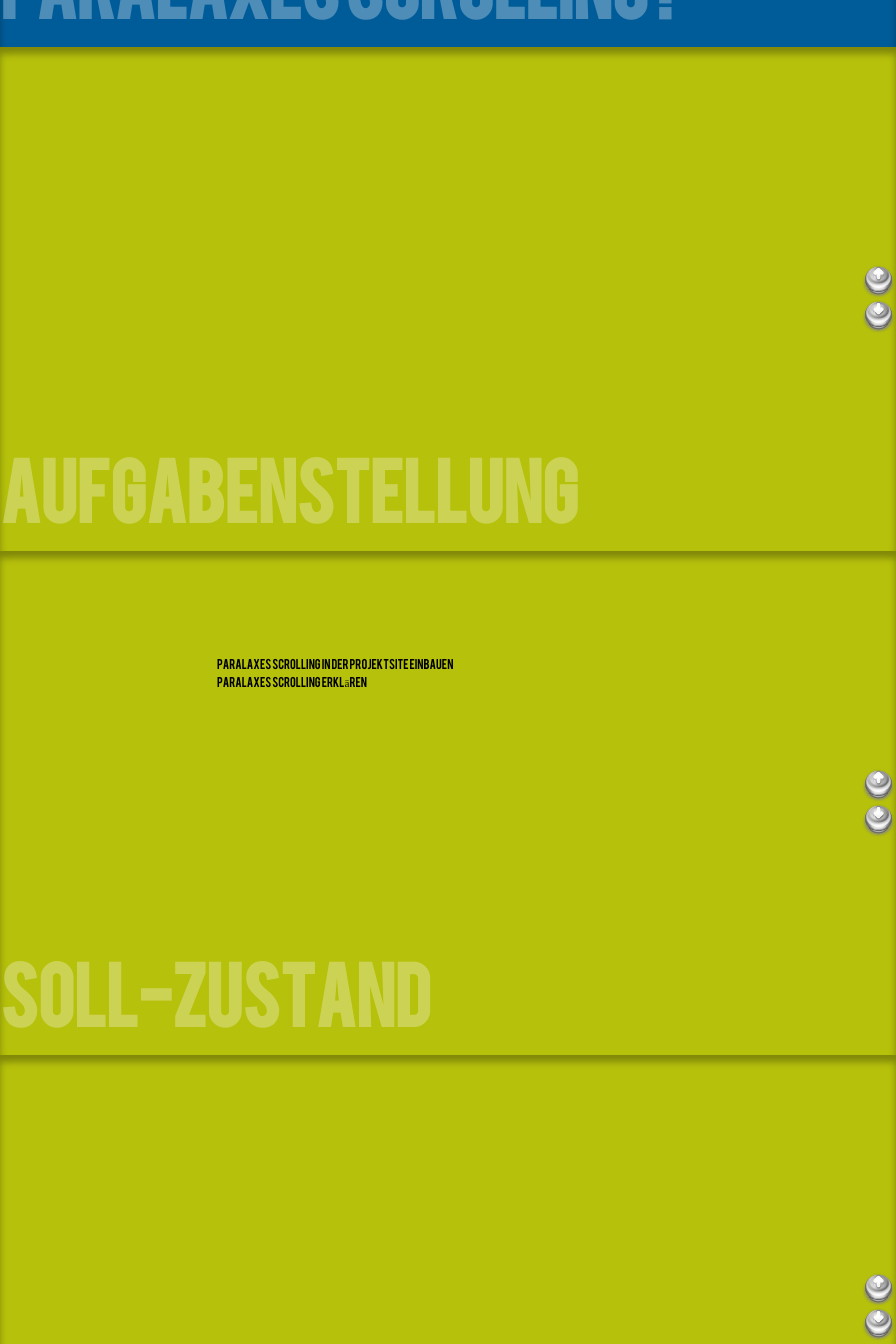
Repository: ennswi/websiteproject
Page: index.html
The author's editor kept a record of every edit. The page is drawn from the files as they stood at one moment, then again after the next edit.
The browser window is 1280 px wide. The pictures show the part of the page from y = 1373 to 3293 px (the page is 5040 px tall), at 70% of full size.

Above is the page before.

### index.html
<!DOCTYPE HTML>
<html>
<head>
<meta charset="utf-8">
<title>Create a Parralax Website using Stellar.js</title>

<link rel="stylesheet" type="text/css" href="css/reset-min.css">
<link rel="stylesheet" type="text/css" href="css/style.css">

</head>

<body>
	<!--http://webdesign.tutsplus.com/tutorials/create-a-parallax-scrolling-website-using-stellarjs--webdesign-7307-->
	<ul class="navigation">
		<li data-slide="1">Welcome</li>
		<li data-slide="2">Paralaxes scrolling?</li>
		<li data-slide="3">Aufgabenstellung</li>
		<li data-slide="4">Soll-Zustand</li>
		<li data-slide="5">Ergebnis</li>
		<li data-slide="6">Fazit</li>
		<li data-slide="7">Impressum</li>
	</ul>


	<img class="logo" src="images/parallax_scrolling_lrg.jpg">


	<div class="slide" id="slide1" data-slide="1" data-stellar-background-ratio="0.5">

		<div class="buttonList">
			<a class="buttondown button" data-slide="2" title="Go to page 2"></a>
			<a class="buttontop button" data-slide="7" title="Go to Last Page"></a>
		</div>
		<span class="slideno">Welcome</span>
	</div><!--End Slide 1-->

	<div class="slide" id="slide2" data-slide="2" data-stellar-background-ratio="0.5">
		<div class="wrapper">

			<img src="images/slide2/blur-ball.png" data-stellar-ratio="3" data-stellar-vertical-offset="-55"alt="">
			<img src="images/slide2/blur-ball-big.png" data-stellar-ratio="1" data-stellar-vertical-offset="-102"alt="">
			<img src="images/slide2/focus-ball.png" data-stellar-ratio="1.5" data-stellar-vertical-offset="-53"alt="">
			<img src="images/slide2/small-ball.png" data-stellar-ratio="2.7" data-stellar-vertical-offset="-25"alt="">
			<img src="images/slide2/blur-ball.png" data-stellar-ratio="3" data-stellar-vertical-offset="-55"alt="">
			<img src="images/slide2/blur-ball-big.png" data-stellar-ratio="1" data-stellar-vertical-offset="-102"alt="">
			<img src="images/slide2/focus-ball.png" data-stellar-ratio="1.5" data-stellar-vertical-offset="-53"alt="">
			<img src="images/slide2/small-ball.png" data-stellar-ratio="2.7" data-stellar-vertical-offset="-25"alt="">

		</div>

		<span class="slideno">Paralaxes scrolling?</span>
				<div class="buttonList">
			<a class="buttondown button" data-slide="3" title="Go to page 2"></a>
			<a class="buttontop button" data-slide="1" title=""></a>
		</div>

	</div><!--End Slide 2-->


	<div class="slide" id="slide3" data-slide="3" data-stellar-background-ratio="0.5">
		<div class="wrapper">

			<img src="images/slide3/freelance.png" data-stellar-ratio="1.4" data-stellar-vertical-offset="-102"alt="">
			<img src="images/slide3/psdtuts.png" data-stellar-ratio="1.5" data-stellar-vertical-offset="-53"alt="">
			<img src="images/slide3/rockable.png" data-stellar-ratio="2.7" data-stellar-vertical-offset="-200"alt="">
			<img src="images/slide3/themeforest.png" data-stellar-ratio="3" data-stellar-vertical-offset="-200"alt="">
			<img src="images/slide3/tutshub.png" data-stellar-ratio="1" data-stellar-vertical-offset="-200"alt="">
			<img src="images/slide3/psdtuts.png" data-stellar-ratio="1.5" data-stellar-vertical-offset="-200"alt="">
		</div>

		<span class="slideno">Aufgabenstellung</span>
			<div class="buttonList">
			<a class="buttondown button" data-slide="4" title="Go to page 2"></a>
			<a class="buttontop button" data-slide="2" title=""></a>
		</div>
	</div><!--End Slide 3-->


	<div class="slide" id="slide4" data-slide="4" data-stellar-background-ratio="0.5">
		<div class="wrapper">

			<img src="images/slide3/freelance.png" data-stellar-ratio="1.4" data-stellar-vertical-offset="-102"alt="">
			<img src="images/slide3/psdtuts.png" data-stellar-ratio="1.5" data-stellar-vertical-offset="-53"alt="">
			<img src="images/slide3/rockable.png" data-stellar-ratio="2.7" data-stellar-vertical-offset="-200"alt="">
			<img src="images/slide3/themeforest.png" data-stellar-ratio="3" data-stellar-vertical-offset="-200"alt="">
			<img src="images/slide3/tutshub.png" data-stellar-ratio="1" data-stellar-vertical-offset="-200"alt="">
			<img src="images/slide3/psdtuts.png" data-stellar-ratio="1.5" data-stellar-vertical-offset="-200"alt="">

			<div class="info">
				<ul>
					<li>Paralaxes scrolling in der Projektsite einbauen</li>
					<li>Paralaxes scrolling erklären</li>
					<li></li>
				</ul>
			</div>
		</div>

		<span class="slideno">Soll-Zustand</span>
			<div class="buttonList">
			<a class="buttondown button" data-slide="5" title="Go to page 2"></a>
			<a class="buttontop button" data-slide="3" title=""></a>
		</div>
	</div><!--End Slide 4-->

	<div class="slide" id="slide5" data-slide="5" data-stellar-background-ratio="0.5">
		<div class="wrapper">

			<img src="images/slide3/freelance.png" data-stellar-ratio="1.4" data-stellar-vertical-offset="-102"alt="">
			<img src="images/slide3/psdtuts.png" data-stellar-ratio="1.5" data-stellar-vertical-offset="-53"alt="">
			<img src="images/slide3/rockable.png" data-stellar-ratio="2.7" data-stellar-vertical-offset="-200"alt="">
			<img src="images/slide3/themeforest.png" data-stellar-ratio="3" data-stellar-vertical-offset="-200"alt="">
			<img src="images/slide3/tutshub.png" data-stellar-ratio="1" data-stellar-vertical-offset="-200"alt="">
			<img src="images/slide3/psdtuts.png" data-stellar-ratio="1.5" data-stellar-vertical-offset="-200"alt="">
		</div>

		<span class="slideno">Ergebnis</span>
		<div class="buttonList">
			<a class="buttondown button" data-slide="6" title="Go to page 2"></a>
			<a class="buttontop button" data-slide="4" title=""></a>
		</div>

	</div><!--End Slide 5-->

	<div class="slide" id="slide6" data-slide="6" data-stellar-background-ratio="0.5">
		<div class="wrapper">

			<img src="images/slide3/freelance.png" data-stellar-ratio="1.4" data-stellar-vertical-offset="-102"alt="">
			<img src="images/slide3/psdtuts.png" data-stellar-ratio="1.5" data-stellar-vertical-offset="-53"alt="">
			<img src="images/slide3/rockable.png" data-stellar-ratio="2.7" data-stellar-vertical-offset="-200"alt="">
			<img src="images/slide3/themeforest.png" data-stellar-ratio="3" data-stellar-vertical-offset="-200"alt="">
			<img src="images/slide3/tutshub.png" data-stellar-ratio="1" data-stellar-vertical-offset="-200"alt="">
			<img src="images/slide3/psdtuts.png" data-stellar-ratio="1.5" data-stellar-vertical-offset="-200"alt="">
		</div>

		<span class="slideno">Fazit</span>
				<div class="buttonList">
			<a class="buttondown button" data-slide="7" title="Go to page 2"></a>
			<a class="buttontop button" data-slide="5" title=""></a>
		</div>
	</div><!--End Slide 6-->

	<div class="slide" id="slide7" data-slide="7" data-stellar-background-ratio="0.5">
		<div class="wrapper">

			<img src="images/slide3/freelance.png" data-stellar-ratio="1.4" data-stellar-vertical-offset="-102"alt="">
			<img src="images/slide3/psdtuts.png" data-stellar-ratio="1.5" data-stellar-vertical-offset="-53"alt="">
			<img src="images/slide3/rockable.png" data-stellar-ratio="2.7" data-stellar-vertical-offset="-200"alt="">
			<img src="images/slide3/tutshub.png" data-stellar-ratio="1" data-stellar-vertical-offset="-200"alt="">
			<img src="images/slide3/psdtuts.png" data-stellar-ratio="1.5" data-stellar-vertical-offset="-200"alt="">
		</div>

		<span class="slideno">Impressum</span>
		<div class="buttonList">
			<a class="buttontop button" data-slide="6" title=""></a>
			<a class="buttondown button" data-slide="1" title="Go to First Page"></a>
		</div>

	</div><!--End Slide 6-->

	<script type="text/javascript" src="js/jquery.js"></script>
	<script type="text/javascript" src="js/jquery.stellar.min.js"></script>
	<script type="text/javascript" src="js/waypoints.min.js"></script>
	<script type="text/javascript" src="js/jquery.easing.1.3.js"></script>
	<script type="text/javascript" src="js/js.js"></script>

</body>
</html>

### css/style.css
@charset "utf-8";
/* CSS Document */

@font-face {

    font-family: 'BebasRegular';
    src: url('font/BEBAS___-webfont.eot');
    src: url('font/BEBAS___-webfont.eot?#iefix') format('embedded-opentype'),
         url('font/BEBAS___-webfont.woff') format('woff'),
         url('font/BEBAS___-webfont.ttf') format('truetype'),
         url('font/BEBAS___-webfont.svg#BebasRegular') format('svg');
    font-weight: normal;
    font-style: normal;


}

html,body{
    font-family: 'BebasRegular';
	width:100%;
	height:100%;

}

.navigation{
	position:fixed;
	z-index:1;
	top:20px;

}
.navigation li{
	color:#333333;
	display:block;
	padding: 0 10px;
	line-height:30px;
	margin-bottom:2px;
	font-weight:bold;
	-webkit-transition: all .2s ease-in-out;
	border-bottom:1px solid black;
	text-align:left;
	width:53px;

}
.navigation li:hover,.active{
	font-size:25px;
	cursor:pointer;
	width:100px!important;

}

.logo{
    position:fixed;
    width:150px;
    top:50px;
    right:30px;
    z-index:1;
    opacity: 0.5;

    -moz-transform:rotate(30deg); /* Firefox 3.6 Firefox 4 */
    -webkit-transform:rotate(30deg); /* Safari */
    -o-transform:rotate(30deg); /* Opera */
    -ms-transform:rotate(30deg); /* IE9 */
    transform:rotate(30deg); /* W3C */

}

.slide{
	background-attachment: fixed;
	width:100%;
	height:100%;
	position: relative;
	box-shadow:inset 0px 10px 10px rgba(0,0,0,0.3);

}
.wrapper{
	width:960px;
	height:200px;
	margin:0 auto;
	position:relative;

}
.slideno{

	position:absolute;
	bottom:0px;
	left:0px;
	font-size:100px;
	font-weight:bold;
	color:rgba(255,255,255,0.3);

}

.buttonList{

	z-index:99;
	position: absolute;
    top: 50%;
    right: 0px;
	width: 50px;
	height: 100px;
	margin-top: -50px;

}

.buttondown{

	display:block;
	width:50px;
	height:50px;
	position:absolute;
	bottom:0px;
	background-image:url(../images/Button-Grey-Arrow-Down-icon.png);
	background-repeat: no-repeat;
	background-size: 100% auto;

}
.buttondown:hover{

	background-color:#494949;
	cursor:pointer;

}

.buttontop{

	display:block;
	width:50px;
	height:50px;
	position:absolute;
    top:0px;
	background-image:url(../images/Button-Grey-Arrow-Up-icon.png);
		background-repeat: no-repeat;
	background-size: 100% auto;

}
.buttontop:hover{

	background-color:#494949;
	cursor:pointer;

}

.welcomebutton{
	display:block;
	width:100;
	height:50px;
	position:absolute;
	bottom:0px;
	left:50%;
}
.welcomebutton:hover{
	background-color:#494949;
	color:#FFFFFF;
	cursor:pointer;
}

/******************************
 SLIDE 1
*******************************/
#slide1{
    background-color:#5c9900;

}
/******************************
 SLIDE 2
*******************************/
#slide2{
    background-color:#005c99;

}
#slide2 img:first-child{
    position:absolute;
top: 700px;
left: -150px;
}
#slide2 img:nth-child(2){
    position:absolute;
    top:300px;
    left:100px;
}
#slide2 img:nth-child(3){
    position:absolute;
    top:600px;
    left:300px;
}
#slide2 img:nth-child(4){
    position:absolute;
    top:400px;
    left:300px;
}
#slide2 img:nth-child(5){
    position:absolute;
    top:600px;
    right:300px;
}
#slide2 img:nth-child(6){
    position:absolute;
    top:600px;
    right:300px;
}
#slide2 img:nth-child(7){
    position:absolute;
    top:400px;
    right:100px;
}
#slide2 img:nth-child(8){
    position:absolute;
    top:100px;
    right:300px;
}

/****************************** SLIDE 3 *******************************/
#slide3 {
    background-color:#b6c10b;
}
#slide3 img:first-child {
    position:absolute;
    top: 700px;
    left: 300px;
}
#slide3 img:nth-child(2){
    position:absolute;
    top:100px;
    left:100px;
}
#slide3 img:nth-child(3){
    position:absolute;
    top:150px;
    left:300px;
}
#slide3 img:nth-child(4){
    position:absolute;
    top:450px;
    left:300px;
}
#slide3 img:nth-child(5){
    position:absolute;
    top:200px;
    right:300px;
}
#slide3 img:nth-child(6){
    position:absolute;
    top:100px;
    right:300px;
}


/****************************** SLIDE 4 *******************************/
#slide4 {
    background-color:#b6c10b;
}
#slide4 img:first-child {
    position:absolute;
    top: 700px;
    left: 300px;
}
#slide4 img:nth-child(2){
    position:absolute;
    top:100px;
    left:100px;
}
#slide4 img:nth-child(3){
    position:absolute;
    top:150px;
    left:300px;
}
#slide4 img:nth-child(4){
    position:absolute;
    top:450px;
    left:300px;
}
#slide4 img:nth-child(5){
    position:absolute;
    top:200px;
    right:300px;
}
#slide4 img:nth-child(6){
    position:absolute;
    top:100px;
    right:300px;
}

/****************************** SLIDE 5 *******************************/
#slide5 {
    background-color:#b6c10b;
}
#slide5 img:first-child {
    position:absolute;
    top: 700px;
    left: 300px;
}
#slide5 img:nth-child(2){
    position:absolute;
    top:100px;
    left:100px;
}
#slide5 img:nth-child(3){
    position:absolute;
    top:150px;
    left:300px;
}
#slide5 img:nth-child(4){
    position:absolute;
    top:450px;
    left:300px;
}
#slide5 img:nth-child(5){
    position:absolute;
    top:200px;
    right:300px;
}
#slide5 img:nth-child(6){
    position:absolute;
    top:100px;
    right:300px;
}

/****************************** SLIDE 6 *******************************/
#slide6 {
    background-color:#b6c10b;
}
#slide6 img:first-child {
    position:absolute;
    top: 700px;
    left: 300px;
}
#slide6 img:nth-child(2){
    position:absolute;
    top:100px;
    left:100px;
}
#slide6 img:nth-child(3){
    position:absolute;
    top:150px;
    left:300px;
}
#slide6img:nth-child(4){
    position:absolute;
    top:450px;
    left:300px;
}
#slide6 img:nth-child(5){
    position:absolute;
    top:200px;
    right:300px;
}
#slide6 img:nth-child(6){
    position:absolute;
    top:100px;
    right:300px;
}


/****************************** SLIDE 7 *******************************/
#slide7 {
    background-color:#b6c10b;
}
#slide7 img:first-child {
    position:absolute;
    top: 700px;
    left: 300px;
}
#slide7 img:nth-child(2){
    position:absolute;
    top:100px;
    left:100px;
}
#slide7 img:nth-child(3){
    position:absolute;
    top:150px;
    left:300px;
}
#slide7img:nth-child(4){
    position:absolute;
    top:450px;
    left:300px;
}
#slide7 img:nth-child(5){
    position:absolute;
    top:200px;
    right:300px;
}
#slide7 img:nth-child(6){
    position:absolute;
    top:100px;
    right:300px;
}

.info{
   padding-left:150px;
   padding-top:150px;
}

### js/js.js
jQuery(document).ready(function ($) {

    //initialise Stellar.js
    $(window).stellar();

    //Cache some variables
    var links = $('.navigation').find('li');
    var slide = $('.slide');
    var button = $('.button');
    var mywindow = $(window);
    var htmlbody = $('html,body');


    //Setup waypoints plugin
    slide.waypoint(function (event, direction) {

        //cache the variable of the data-slide attribute associated with each slide
        var dataslide = $(this).attr('data-slide');

        //If the user scrolls up change the navigation link that has the same data-slide attribute as the slide to active and
        //remove the active class from the previous navigation link
        if (event === 'down') {
            $('.navigation li[data-slide="' + dataslide + '"]').addClass('active').prev().removeClass('active');
        }
        // else If the user scrolls down change the navigation link that has the same data-slide attribute as the slide to active and
        //remove the active class from the next navigation link
        else {
            $('.navigation li[data-slide="' + dataslide + '"]').addClass('active').next().removeClass('active');
        }

    });

    //waypoints doesnt detect the first slide when user scrolls back up to the top so we add this little bit of code, that removes the class
    //from navigation link slide 2 and adds it to navigation link slide 1.
    mywindow.scroll(function () {
        if (mywindow.scrollTop() === 0) {
            $('.navigation li[data-slide="1"]').addClass('active');
            $('.navigation li[data-slide="2"]').removeClass('active');
        }
    });

    //Create a function that will be passed a slide number and then will scroll to that slide using jquerys animate. The Jquery
    //easing plugin is also used, so we passed in the easing method of 'easeInOutQuint' which is available throught the plugin.
    function goToByScroll(dataslide) {
        htmlbody.animate({
            scrollTop: $('.slide[data-slide="' + dataslide + '"]').offset().top
        }, 2000, 'easeInOutQuint');
    }



    //When the user clicks on the navigation links, get the data-slide attribute value of the link and pass that variable to the goToByScroll function
    links.click(function (e) {
        e.preventDefault();
        var dataslide = $(this).attr('data-slide');
        goToByScroll(dataslide);
        $('.navigation li').each(function(){
            $(this).removeClass('active');
        });
        $('.navigation li[data-slide="'+dataslide+'"]').addClass('active');
    });

    //When the user clicks on the button, get the get the data-slide attribute value of the button and pass that variable to the goToByScroll function
    button.click(function (e) {
        e.preventDefault();
        var dataslide = $(this).attr('data-slide');
        goToByScroll(dataslide);
        $('.navigation li').each(function(){
            $(this).removeClass('active');
        });
        $('.navigation li[data-slide="'+dataslide+'"]').addClass('active');

    });
});

Loaded but not shown: css/reset-min.css (common file); js/jquery.js (library); js/jquery.stellar.min.js (library); js/waypoints.min.js (library); js/jquery.easing.1.3.js (library)

After the next edit:
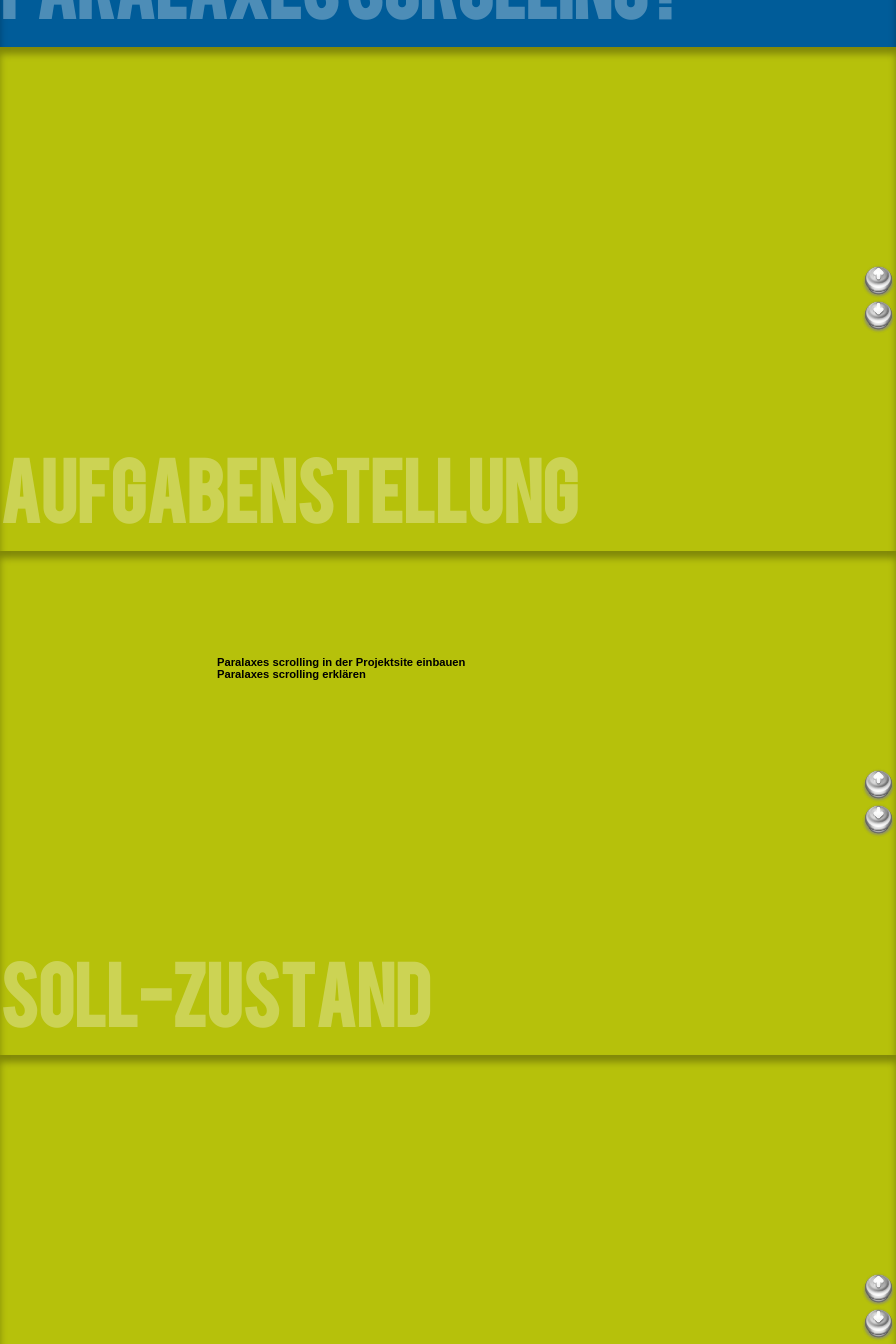
The edit:
--- a/css/style.css
+++ b/css/style.css
@@ -389,4 +389,6 @@
 .info{
    padding-left:150px;
    padding-top:150px;
-}
+   font-family:Arial;
+   font-weight:bold;
+}
